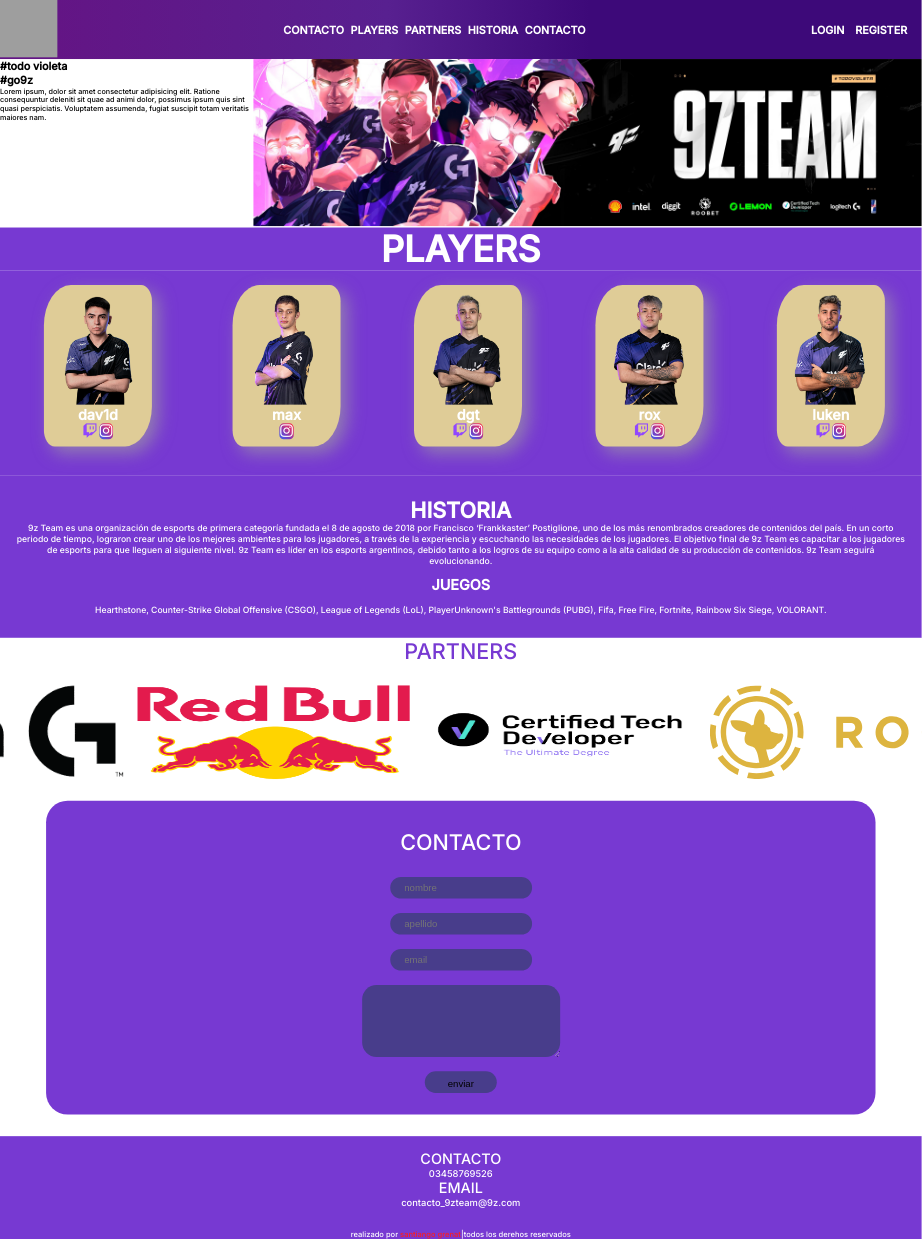
Repository: santig20/trabajo-practico-integrador-nuncba-html-css-
Page: index.html
The author's editor kept a copy of each file at every save. The page is drawn from the files as they stood at one save, then again after the next save.
The browser window is 1280 px wide. The pictures show the whole page, at 72% of full size.
Pictures or frames that could not be fetched are drawn as grey boxes. Some web libraries are served in a nearby version.

Above is the page before, as saved 2022-06-25 00:27:21.

### index.html
<!DOCTYPE html>
<html lang="es">
  <head>
    <meta charset="UTF-8" />
    <meta http-equiv="X-UA-Compatible" content="IE=edge" />
    <meta name="viewport" content="width=device-width, initial-scale=1.0" />
    <link rel="stylesheet" href="./style.css" />
    <link rel="shortcut icon" href="./assets/9zteam_logo - copia.ico" type="image/x-icon">
    <link
    rel="stylesheet"
    href="./table.css"
    media="screen and (min-width: 600px)"
  />
  <link
    rel="stylesheet"
    href="./desktop.css"
    media="screen and (min-width: 800px)"
  />
    <link rel="stylesheet" href="path/to/font-awesome/css/font-awesome.min.css">
    <link rel="stylesheet" href="https://use.fontawesome.com/releases/v5.0.7/css/all.css">
    <link rel="stylesheet" href="https://cdnjs.cloudflare.com/ajax/libs/font-awesome/6.1.1/css/all.min.css" integrity="sha512-KfkfwYDsLkIlwQp6LFnl8zNdLGxu9YAA1QvwINks4PhcElQSvqcyVLLD9aMhXd13uQjoXtEKNosOWaZqXgel0g==" crossorigin="anonymous" referrerpolicy="no-referrer" class="__web-inspector-hide-shortcut__">
    <link rel="preconnect" href="https://fonts.googleapis.com">
<link rel="preconnect" href="https://fonts.gstatic.com" crossorigin>
<link href="https://fonts.googleapis.com/css2?family=Inter:wght@300;500&family=Work+Sans:wght@400;500;700&display=swap" rel="stylesheet">
    <title>9Z TEAM</title>
  </head>
  <body>
    <!--👉 Debe contener un navbar que navegue las diversas secciones de la web.
    👉 Debe contener una portada alusiva a la temática de nuestra app.
    👉 Una sección de imágenes.
    👉 Una sección de contacto.
    👉 Un footer.
    👉 Una página para loguearse.
    👉 Una página para registrarse.
    👉 Ser responsive.
    👉 Estar deployado en vercel.  -->

    <header>
      <div class="img_header">
        <img src="./assets/9zteam_logo.png" alt="" />
      </div>
      <nav>
        <div class="navmain" id="menu" >
          <ul>
            <li> <a href="">contacto</a></li>
            <li><a href=""> Players</a></li>
            <li><a href="">Partners</a></li>
            <li><a href="">historia</a></li>
            <li><a href="">contacto</a></li>
          </ul>
        </div>
           </nav>
        <div class="registro_container">
          <ul>
          <li><a href="./registro.html">login </a></li>
         <li><a href="./registro.html">register </a></li>
        </ul>
        </div>


    </header>

    <main>
      <section class="hero_section">
        <div class="texto_hero">
          <h1>#todo violeta</h1>
          <h2>#go9z</h2>
          <p>
            Lorem ipsum, dolor sit amet consectetur adipisicing elit. Ratione
            consequuntur deleniti sit quae ad animi dolor, possimus ipsum quis
            sint quasi perspiciatis. Voluptatem assumenda, fugiat suscipit totam
            veritatis maiores nam.
          </p>
        </div>
        <div class="img_hero">
          <img src="./assets/fondo9z.jpg" alt="" />
        </div>


      </section>
      <section class="players">
        <div class="texto_players">
             <span>
              players
             </span>
          </div>
        <div class="player_container">

 <div class="player_david">
  <img src="./assets/david.png" alt="">
  <p>dav1d</p>
  <a href="https://www.twitch.tv/dav1dcs1"><i class="fa-brands fa-twitch" target="_blank" ></i></a>
  <a href="https://www.instagram.com/dav1dcs1/"  target="_blank"><i class="fa-brands fa-instagram" id="instagram"></i> </a>
     </div>
 <div class="player_max">
<img src="./assets/max.png" alt="">
<p>
    max
</p>
<a href="https://www.instagram.com/maxgzez/"  target="_blank"><i class="fa-brands fa-instagram " id="instagram"></i> </a>

 </div>
 <div class="player_dgt">
<img src="./assets/dgt.png" alt="">
<p>
    dgt
</p>
<a href="https://www.twitch.tv/dgtcsgo"><i class="fa-brands fa-twitch" target="_blank" ></i></a>
<a href="https://www.instagram.com/franmanu_/"  target="_blank"><i class="fa-brands fa-instagram" id="instagram"></i> </a>

 </div>
 <div class="player_rox">
<img src="./assets/rox.png" alt="">
<p>
    rox
</p>
<a href="https://www.twitch.tv/roxcsgo1"><i class="fa-brands fa-twitch" target="_blank" ></i></a>
<a href="https://www.instagram.com/_molinamartin"  target="_blank"><i class="fa-brands fa-instagram " id="instagram"></i> </a>

 </div>
 <div class="player_luken">

<img src="./assets/luken.png" alt="">

 <p>luken</p>
<a href="https://www.twitch.tv/luken"><i class="fa-brands fa-twitch" target="_blank" ></i></a>
<a href="https://www.instagram.com/lucanadotti/"  target="_blank"><i class="fa-brands fa-instagram" id="instagram"></i> </a>

 </div>

        </div>

      </section>
      <section class="history">
        <div class="historia_content">
<h3>
    historia
</h3>
 <p>
    9z Team es una organización de esports de primera categoría fundada el 8 de agosto de 2018 por Francisco ‘Frankkaster’ Postiglione, uno de los más renombrados creadores de contenidos del país. En un corto periodo de tiempo, lograron crear uno de los mejores ambientes para los jugadores, a través de la experiencia y escuchando las necesidades de los jugadores. El objetivo final de 9z Team es capacitar a los jugadores de esports para que lleguen al siguiente nivel. 9z Team es líder en los esports argentinos, debido tanto a los logros de su equipo como a la alta calidad de su producción de contenidos. 9z Team seguirá evolucionando.
 </p>

               <h4>juegos </h4>
               <p>Hearthstone, Counter-Strike Global Offensive (CSGO), League of Legends (LoL), PlayerUnknown's Battlegrounds (PUBG), Fifa, Free Fire, Fortnite, Rainbow Six Siege, VOLORANT.</p>
</div>
      </section>
      <section class="partners">
       <p> partners</p>
<div class="fotos">
  <figure>
    <img src="./assets/images-removebg-preview.png" alt="">
    <img src="./assets/lemon.png" alt="">
    <img src="./assets/logitech-removebg-preview.png" alt="">
    <img src="./assets/red-bull-logo-2-1-removebg-preview.png" alt="">
    <img src="./assets/CTD-removebg-preview.png" alt="">
    <img src="./assets/roobet.svg" alt="">
    <img src="./assets/289-removebg-preview.png" alt="">
    <img src="./assets/Logo-Shell-removebg-preview.png" alt="">
    <img src="./assets/images-removebg-preview.png" alt="">
    </figure>
</div>
      </section>
      <section class="contacto">

    <p>
      contacto
    </p>
<form class="contacto_container"action="">
  <input type="text" placeholder="nombre">
  <input type="text" placeholder="apellido">
  <input type="text" placeholder="email">
  <textarea name="" id="" cols="30" rows="10"></textarea>
 <button type="submit"> enviar</button>
</form>


      </section>
    </main>

    <footer>
      <div class="footer_text">
     <span>
      contacto
     </span>
     <p>
      03458769526
     </p>
     <span>
      email
     </span>
     <p>
      contacto_9zteam@9z.com
     </p>
      </div>
     <p class="programador">
      realizado por  <a href="https://www.instagram.com/santigrenat/"> santiango grenat</a>|todos los derehos reservados
     </p>
    </footer>

  </body>
</html>

### style.css
* {
    padding: 0;
    margin: 0;
    box-sizing: border-box;
}
html {
    font-size: 62.5%;
    list-style: none;
    text-decoration: none;
    font-family: 'inter';

}

 /* inico header*/
header {
    display: flex;
    background: rgb(99,21,133);
    background: linear-gradient(90deg, rgba(99,21,133,1) 6%, rgba(88,32,144,1) 42%, rgba(61,9,121,1) 64%);
    height: 100%;
 justify-content: space-between;
align-items: center;
}
.img_header img{

    height: 8rem;
    width: 8rem;
}
.navmain{
 display: none;
}

.registro_container ul {
 display: flex;
font-size:2rem;
gap:1.5rem;
padding-right: 2rem;


}
.registro_container ul li{
    list-style: none;

}
.registro_container ul li a{
  text-decoration: none;
    text-transform: uppercase;
    color: white;
    font-weight: 600;

}
.registro_container ul li  :hover {
    background-color: #7739d2;
    padding:.4rem;
    border-radius: 1rem;
    cursor: pointer;
}

/*hero section*/

.texto_hero {
    display: none;
}
.img_hero img {
 width:100%;
}

/*player section */
.player_container{
    display: flex;
    flex-direction:column ;
    justify-content: center;
    align-items: center;
    text-align: center;
    background: #7739d2;
}
.texto_players{
    background-color: #7739d2;
    text-align: center;
}
.texto_players span {
     font-size: 5rem;
     font-weight: 700;
     text-transform: uppercase;
     color: white;
    padding: 2rem 0;


}
.player_container p {
    font-size: 2rem;
    font-weight: 700;
    color: white;
}

.player_container img{
    width: 15rem;
}

.player_david {
    background-color: #dfcc97;
    padding: 1rem 0;
    margin: 2rem 0;
    border-radius: 25% 10%;
    box-shadow: 9px 9px 24px 0px rgba(161,161,161,0.66);
-webkit-box-shadow: 9px 9px 24px 0px rgba(161,161,161,0.66);
-moz-box-shadow: 9px 9px 24px 0px rgba(161,161,161,0.66);
}

.player_david  :hover {
    transform: scale(1.1);
    text-transform: uppercase;
}
.player_david i {
    font-size: 2rem;
    color: #9147ff;
}

#instagram {
   color:white;
    background:linear-gradient(45deg, #405de6, #5851db, #833ab4, #c13584, #e1306c, #fd1d1d);
padding: .1rem;
border-radius: .6rem;
}

.player_max{
    background-color: #dfcc97;
    padding: 1rem 0;
    margin: 2rem 0;
    border-radius: 25% 10%;
    box-shadow: 9px 9px 24px 0px rgba(161,161,161,0.66);
-webkit-box-shadow: 9px 9px 24px 0px rgba(161,161,161,0.66);
-moz-box-shadow: 9px 9px 24px 0px rgba(161,161,161,0.66);
}
.player_max :hover {
    transform: scale(1.1);
    text-transform: uppercase;
}
.player_max i {
    font-size: 2rem;

}


.player_dgt{
    background-color: #dfcc97;
    padding: 1rem 0;
    margin: 2rem 0;
    border-radius: 25% 10%;
    box-shadow: 9px 9px 24px 0px rgba(161,161,161,0.66);
-webkit-box-shadow: 9px 9px 24px 0px rgba(161,161,161,0.66);
-moz-box-shadow: 9px 9px 24px 0px rgba(161,161,161,0.66);
}
.player_dgt :hover {
    transform: scale(1.1);
    text-transform: uppercase;
}
.player_dgt i {
    font-size: 2rem;
    color: #9147ff;
}

.player_rox{
    background-color: #dfcc97;
    padding: 1rem 0;
    margin: 2rem 0;
    border-radius: 25% 10%;
    box-shadow: 9px 9px 24px 0px rgba(161,161,161,0.66);
-webkit-box-shadow: 9px 9px 24px 0px rgba(161,161,161,0.66);
-moz-box-shadow: 9px 9px 24px 0px rgba(161,161,161,0.66);
}
.player_rox i {
    font-size: 2rem;
    color: #9147ff;
}

.player_rox  :hover {
    transform: scale(1.1);
    text-transform: uppercase;
}




.player_luken{
    background-color: #dfcc97;
    padding: 1rem 0;
    margin: 2rem 0;
    border-radius: 25% 10%;
    box-shadow: 9px 9px 24px 0px rgba(161,161,161,0.66);
-webkit-box-shadow: 9px 9px 24px 0px rgba(161,161,161,0.66);
-moz-box-shadow: 9px 9px 24px 0px rgba(161,161,161,0.66);
}
.player_luken  :hover {
    transform: scale(1.1);
    text-transform: uppercase;
}
.player_luken i {
    font-size: 2rem;
    color: #9147ff;
}

/* section historia   */

.historia_content {
    display: flex ;
    flex-direction: column;
    justify-content: center;
    align-items: center;
    text-align: center;
    padding: 3rem  2rem;
    background-color:#7739d2 ;
}
.historia_content h3 {
    font-size: 3rem;
  font-weight: 700;
  color: white;
  text-transform: uppercase;
}
.historia_content h4 {
    font-size: 2rem;
  font-weight: 700;
  color: white;
  text-transform: uppercase;
  padding: 1.5rem 0;
}
.historia_content p{
font-size: 1.2rem;
color: white;

}



/* partners section */
.partners p {
text-align: center;
font-size: 3rem;
text-transform: uppercase;

color: #7739d2;
border-top: 0.1rem solid;
}
.fotos{
    overflow: hidden;
    margin:2rem 0;
}
.fotos figure {
    display: flex;
    position:relative ;
    left: 0;
    animation: 20s fotos infinite alternate  ;
    width:300%;
  height: 15rem;


}

.fotos figure img {
    width: 14.3%;
  padding:1rem 0 ;

  margin: 0 1rem;
}

@keyframes fotos {
    0%{
        left: -25;
    }

    5%{
        left: -25;
    }

   14.3%{
        left: -50;
    }
    21.5% {
        left: -50%;
    }

   28.6%{
       left: -100%;
    }

    35.75%{
        left: -100%;
    }

    42.9%{
        left:-150%;
    }

   50.05% {
        left : -150%;
    }

   57.2% {
        left: -200%;
    }
  64.35% {
        left: -200%;
    }
  71.5% {
        left: -250%;
    }

    78.65% {
        left: -250%;
    }

   85.8% {
        left: -300%;
    }

   92.9% {
        left: -300%;
    }
    100% {
        left: -300%;
    }

}
/*section contacto*/
.contacto {
    background-color: #7739d2;
    padding: 2rem 0;
    border-radius: 3rem;
    width: 90%;
    margin: 0 auto;
}


.contacto  p {
    font-size: 3rem;
   text-align: center;
 text-transform: uppercase;
 margin: 2rem 0;
 color :white;
}
.contacto_container  {
     display: flex;
     flex-direction: column;
     justify-content: center;
     align-content: center;
     align-items: center;

}
.contacto_container input {
    height: 3rem;
    border-style: none;
    margin:1rem 0;
    border-radius: 2rem;
    padding-left: 2rem;
    background-color: darkslateblue;

}
.contacto_container textarea {
    height:10rem;
    border-style: none;
    margin:1rem 0;
    border-radius: 2rem;
    padding: 1rem;
    background-color: darkslateblue;
}
.contacto_container button {
      width: 10rem;
      height: 3rem;
      border-style: none;
    margin:1rem 0;
    border-radius: 2rem;
    padding: 1rem;
    background-color: darkslateblue;
}
.contacto_container button :hover {
    background-color: rgb(61, 40, 193);
}
/*section  footer*/
footer {
padding-top: 2rem;
    text-align: center;
    margin-top: 3rem;
    width: 100%;
 background-color: #7739d2;
}

.footer_text p {
color :white;
font-size: 1.3rem;
}
.footer_text span {
    color :white;
    font-size: 2rem;
    text-transform: uppercase;
    }

    .programador{
        color:white;
        padding-top: 3rem;
        font-size: 1.05rem;
    }
    .programador a {
        color: #fd1d1d;
        text-decoration: none;
    }

### table.css

header {
  justify-content: space-between;
}



.navmain {

    display: flex;
}
.navmain ul {

    display: flex;
    font-size:1.3rem;
gap:.9rem;
}
.navmain ul li {
list-style: none;
}
.navmain ul li a{
    text-decoration: none;
    text-transform: uppercase;
    color: white;
    font-weight: 600;

}
.navmain ul li   :hover {
    background-color: #7739d2;
    padding:.4rem;
    border-radius: 1rem;
    cursor: pointer;
}

.registro_container ul {

   font-size:1.3rem;

   }

   .player_container {

   flex-direction: row;
   justify-content: space-around;
  flex-wrap: wrap;
padding-bottom: 2rem;
   }
   .player_david {
    margin: 0 1rem;
   }


   .fotos figure img {
    width: 25%;

}

@keyframes fotos {
    0%{
        left: -25;
    }

    5%{
        left: -25;
    }

   14.3%{
        left: -50;
    }
    21.5% {
        left: -50%;
    }

   28.6%{
       left: -100%;
    }

    35.75%{
        left: -100%;
    }

    42.9%{
        left:-150%;
    }

   50.05% {
        left : -150%;
    }

   57.2% {
        left: -200%;
    }
  64.35% {
        left: -200%;
    }
  71.5% {
        left: -250%;
    }

    78.65% {
        left: -250%;
    }

   85.8% {
        left: -300%;
    }

   92.9% {
        left: -300%;
    }
    100% {
        left: -300%;
    }
}

### desktop.css
.registro_container ul {

    font-size:1.5rem;

    }

    .navmain ul {

        display: flex;
        font-size:1.5rem;
    gap:.9rem;
    }
.texto_hero {
        display:block;

    }
    .hero_section {
        display: flex;
    }

After the next save:
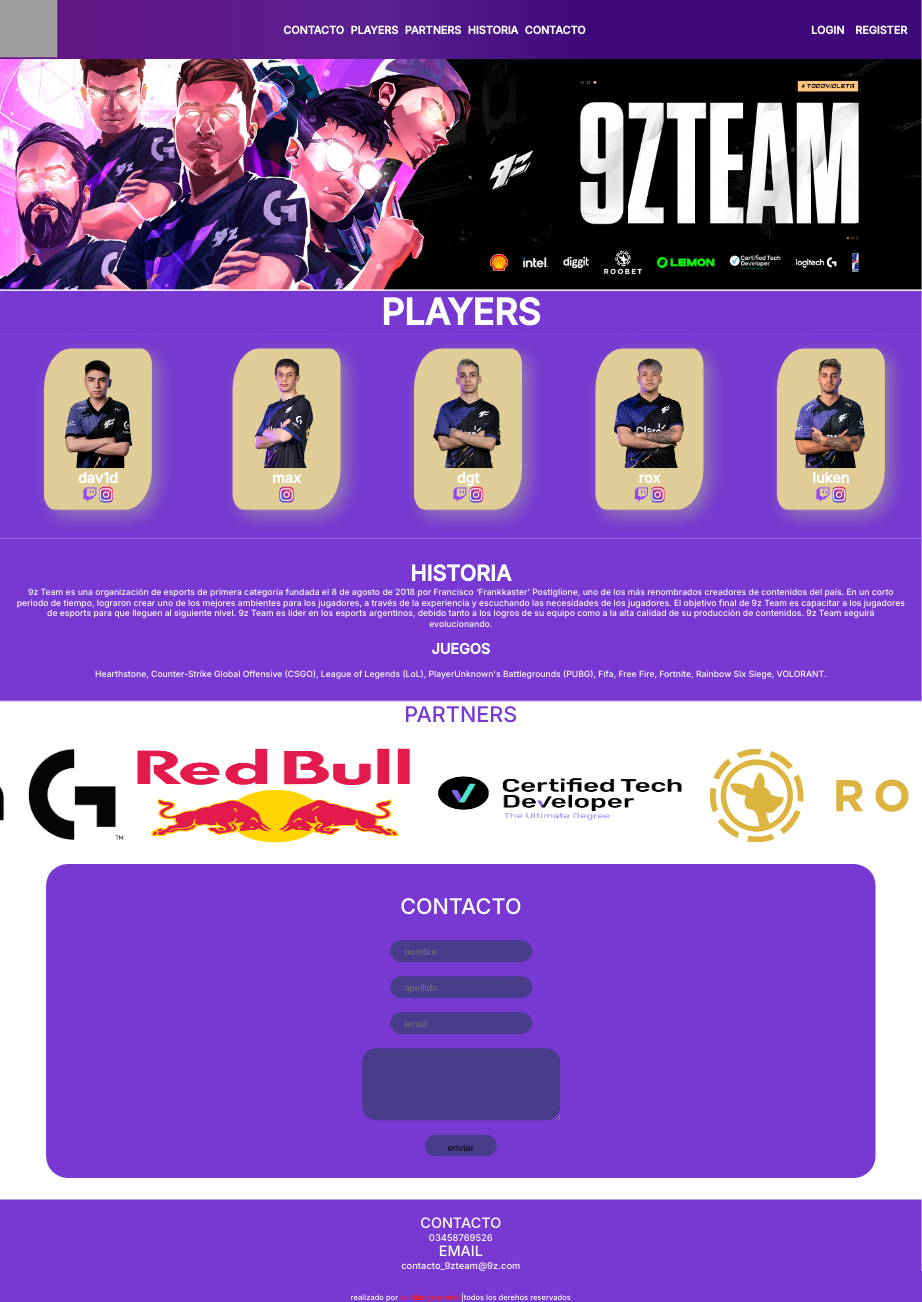
Saved 7 s later.
--- a/desktop.css
+++ b/desktop.css
@@ -10,8 +10,7 @@
         font-size:1.5rem;
     gap:.9rem;
     }
-.texto_hero {
-        display:block;
+
 
     }
     .hero_section {
